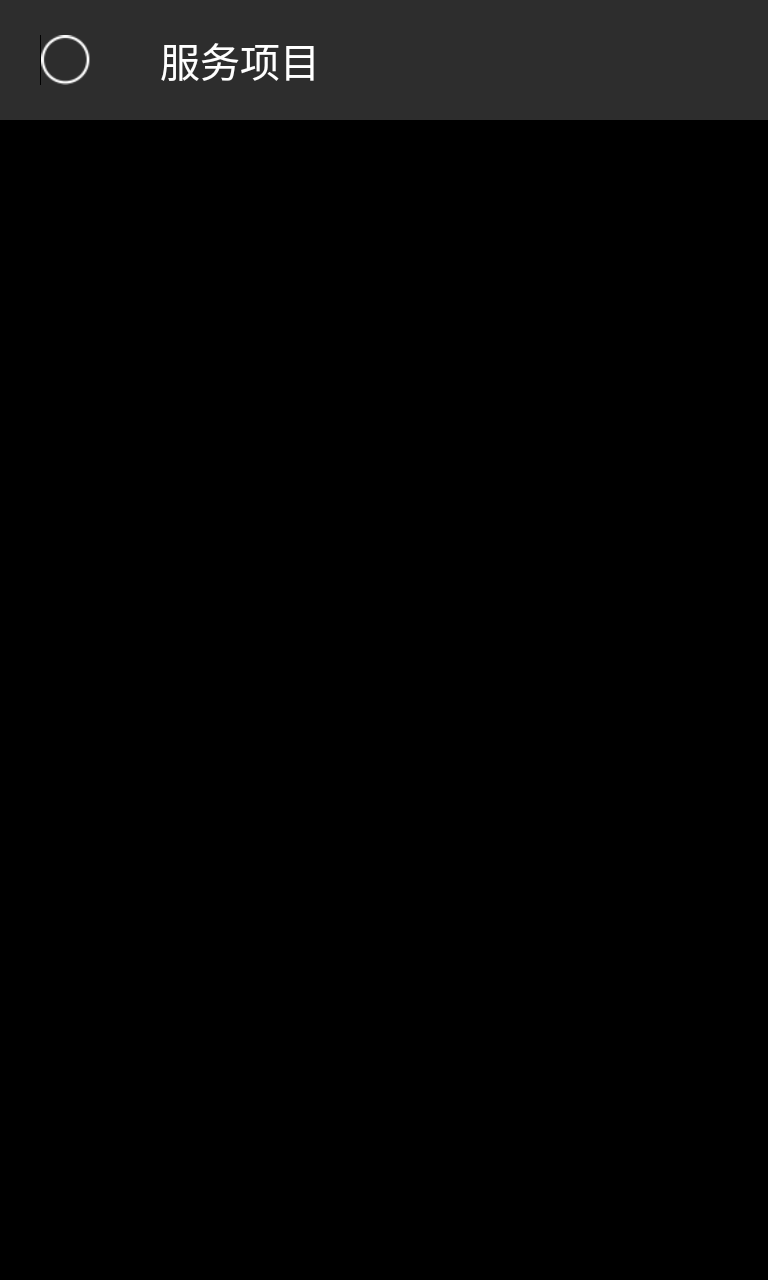
Repository: appleseedez/rongmeme-android
Layout: rmm/res/layout/star_small_item_custom.xml
The author's editor kept a copy of each file at every save. The layout is drawn from the files as they stood at one save, then again after a run of saves.
It is drawn on a 768 x 1280 px phone screen (xhdpi) without system bars, with theme AppTheme; the app's code is not run.

Above is the layout before, as saved 2014-07-02 13:13:00.

After the next 2 saves:
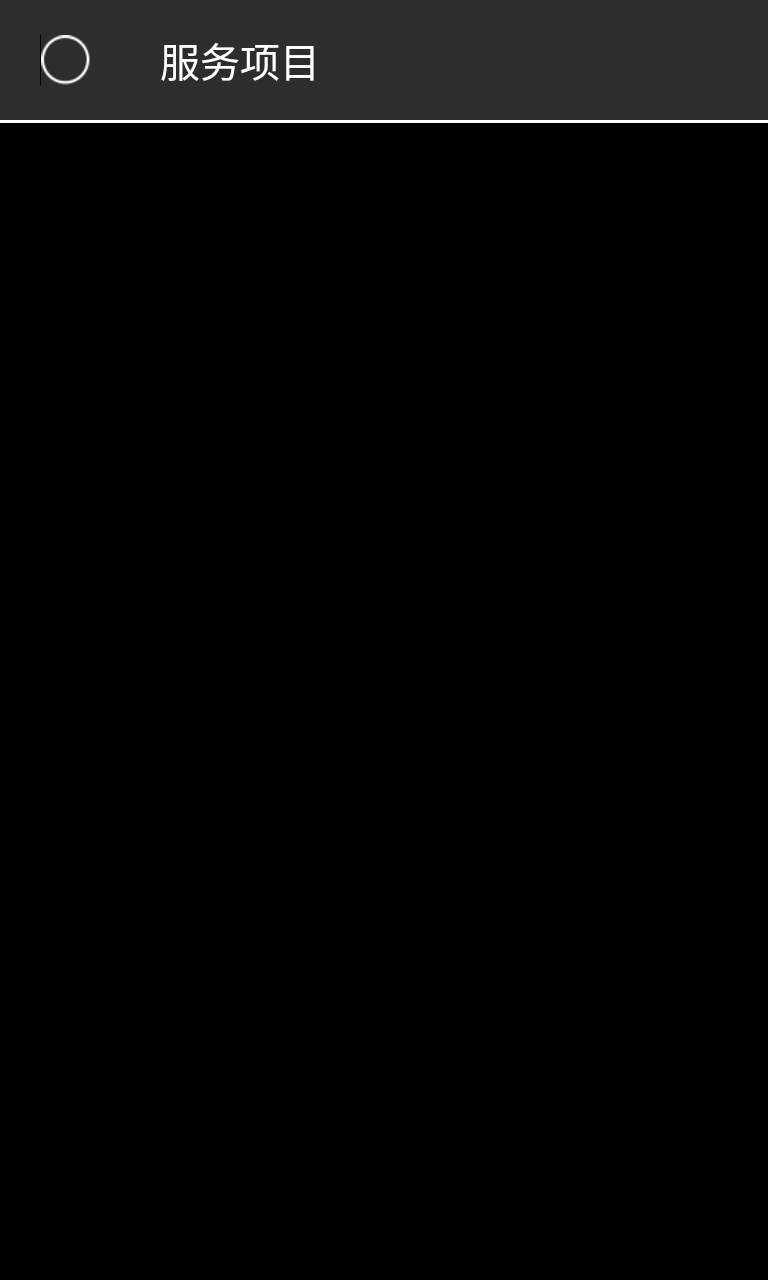
The 2 saves are shown as one change because they came seconds apart.
The last was saved 58 s later.
--- a/rmm/res/layout/star_small_item_custom.xml
+++ b/rmm/res/layout/star_small_item_custom.xml
@@ -2,7 +2,7 @@
 <LinearLayout xmlns:android="http://schemas.android.com/apk/res/android"
     android:layout_width="match_parent"
     android:layout_height="wrap_content"
-    android:orientation="horizontal" >
+    android:orientation="vertical">
 
     <RelativeLayout
         android:id="@+id/ssi_top_navigation_bar"
